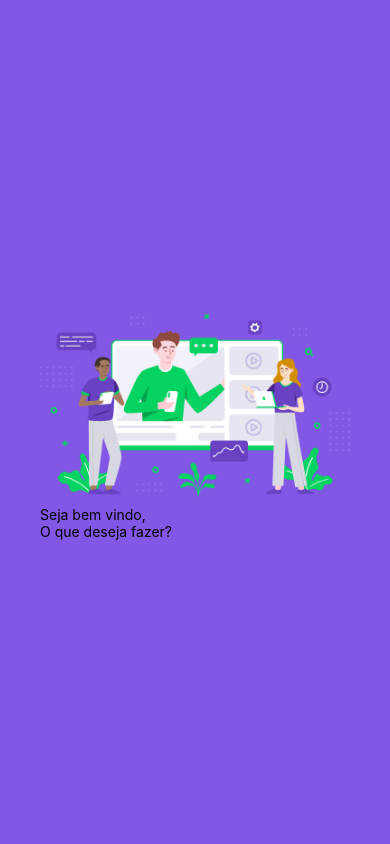
Repository: R4YC0NLima/Proffy_nlw
Screen: / (app in proffy_mobile/)
These files come from the project's save history. The screen is drawn as it stood at one moment and after a run of saves; the edit follows.
The app was drawn by React Native's web renderer in a window 390 px wide. The project was rebuilt for these pictures with package versions that can differ from the ones it lists, and the page was loaded fresh each time.

Above is the screen before, as saved 2020-08-12 08:41:01.

### proffy_mobile/App.tsx
import React from 'react';
import {StatusBar} from 'react-native';
import Landing from './src/pages/Landing';

export default function App() {
  return (
    <>
      <Landing />
      <StatusBar style="status" />
    </>
  );
}

### proffy_mobile/src/pages/Landing/index.tsx
import React from 'react';
import {View, Image, Text} from 'react-native';

import styles from './styles.ts';

import landingImg from '../../assets/images/landing.png';

function Landing() {
  return (
    <View style={styles.container}>
      <Image source={landingImg} style={styles.banner} />
      <Text style={styles.title}>
        Seja bem vindo, {'\n'}
        <Text style={styles.titleBold}>O que deseja fazer?</Text>
      </Text>
    </View>
  );
}

export default Landing;

### proffy_mobile/src/pages/Landing/styles.ts
import {StyleSheet} from 'react-native';

const styles = StyleSheet.create({
  container: {
    flex: 1,
    backgroundColor: '#8257E5',
    justifyContent: 'center',
    padding: 40,
  },
  banner: {
    width: '100%',
    resizeMode: 'contain',
  },
  title: {

  },
//   titleBold: {

//   }
});

export default styles;

After the next 2 saves:
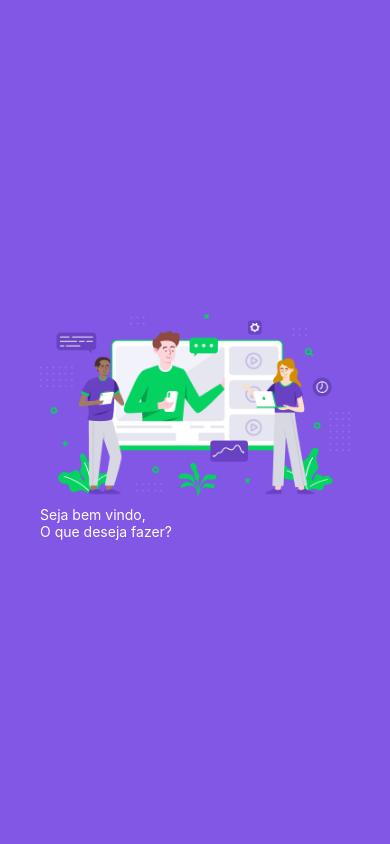
The 2 saves are shown as one change because they came seconds apart.
The last was saved 6 s later.
--- a/proffy_mobile/src/pages/Landing/styles.ts
+++ b/proffy_mobile/src/pages/Landing/styles.ts
@@ -12,7 +12,7 @@ const styles = StyleSheet.create({
     resizeMode: 'contain',
   },
   title: {
-
+    color: '#FFF'
   },
 //   titleBold: {
 
